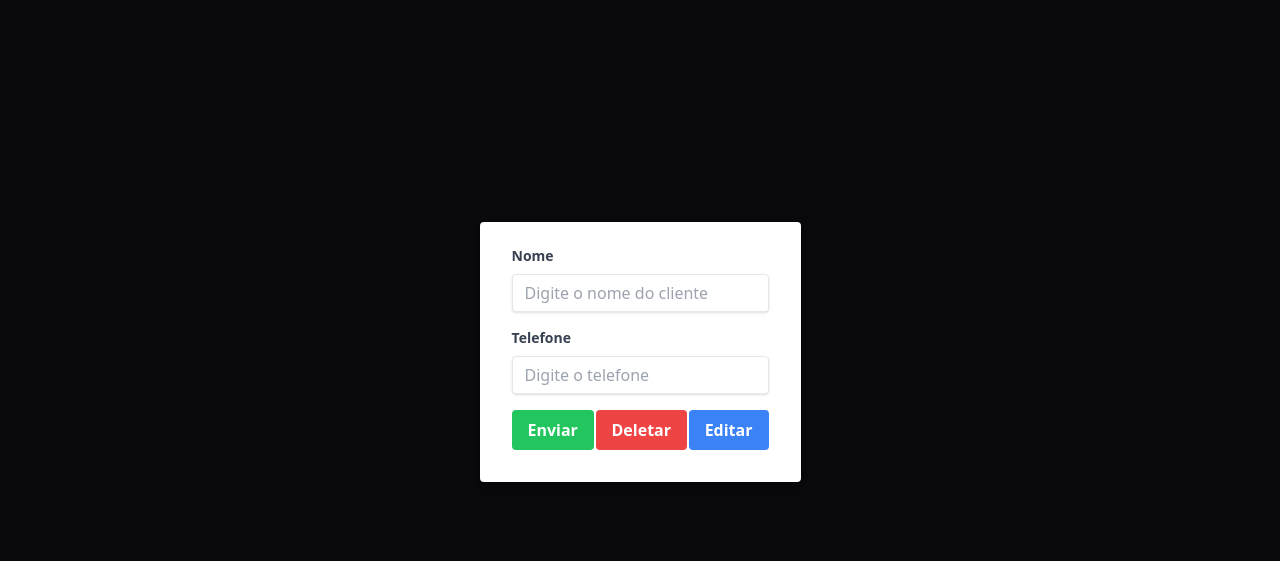
Repository: Gstxxx/sales-manager-laravel
Page: http://localhost/
An editor plug-in stored every save of this project. The page is shown before and after the next save, followed by the edit.
The browser window is 1280 px wide. The pictures show the whole page.
The page is served by the project's Laravel application, run on PHP 8.4 with Laravel 12. Other server files are loaded and not shown. Style sheets and scripts are compiled from the project's sources, by tool versions that may differ from the author's.

Above is the page before, as saved 2024-06-09 03:16:19.

### routes/web.php
<?php

use Illuminate\Support\Facades\Route;
use App\Http\Controllers\ClientController;

Route::get('/', function () {
    return view('home');
})->name('home');

Route::post('/addClient', [ClientController::class, 'addClient'])->name('addClient');
Route::post('/addClient', [ClientController::class, 'addClient'])->name('addClient');

### resources/views/home.blade.php
<!doctype html>
<html>

<head>
    <meta charset="UTF-8">
    <meta name="viewport" content="width=device-width, initial-scale=1.0">
    <title>Sales Manager</title>
    @vite('resources/css/app.css')
</head>

<body>
    <div class="bg-zinc-950 flex flex-col items-center justify-center min-h-screen">
        <form action="{{ route('addClient') }}" method="POST" class="bg-white shadow-md rounded px-8 pt-6 pb-8 mb-4">
            @csrf
            <div class="mb-4">
                <div class="mb-4">
                    <label class="block text-gray-700 text-sm font-bold mb-2" for="number-client">
                        Nome
                    </label>
                    <input
                        class="shadow appearance-none border rounded w-full py-2 px-3 text-gray-700 leading-tight focus:outline-none focus:shadow-outline"
                        type="text" name="name-client" id="name-client" placeholder="Digite o nome do cliente">
                </div>
                <div class="mb-4">
                    <label class="block text-gray-700 text-sm font-bold mb-2" for="number-client">
                        Telefone
                    </label>
                    <input
                        class="shadow appearance-none border rounded w-full py-2 px-3 text-gray-700 leading-tight focus:outline-none focus:shadow-outline"
                        id="number-client" name="number-client" type="text" placeholder="Digite o telefone">
                </div>
            </div>

            <div class="flex flex-row items-center justify-between">
                <button
                    class="bg-green-500 hover:bg-green-700 text-white font-bold py-2 px-4 rounded focus:outline-none focus:shadow-outline"
                    type="submit">
                    Enviar
                </button>
                <button
                    class="bg-red-500 hover:bg-red-700 text-white font-bold py-2 px-4 rounded focus:outline-none focus:shadow-outline"
                    type="submit" formaction="/removeClient">
                    Deletar
                </button>
                <button
                    class="bg-blue-500 hover:bg-blue-700 text-white font-bold py-2 px-4 rounded focus:outline-none focus:shadow-outline"
                    type="submit" formaction="/editClient">
                    Editar
                </button>
            </div>
        </form>
    </div>
</body>

</html>

Loaded but not shown: resources/css/app.css (common file); tailwind.config.js (common file)

After the next save:
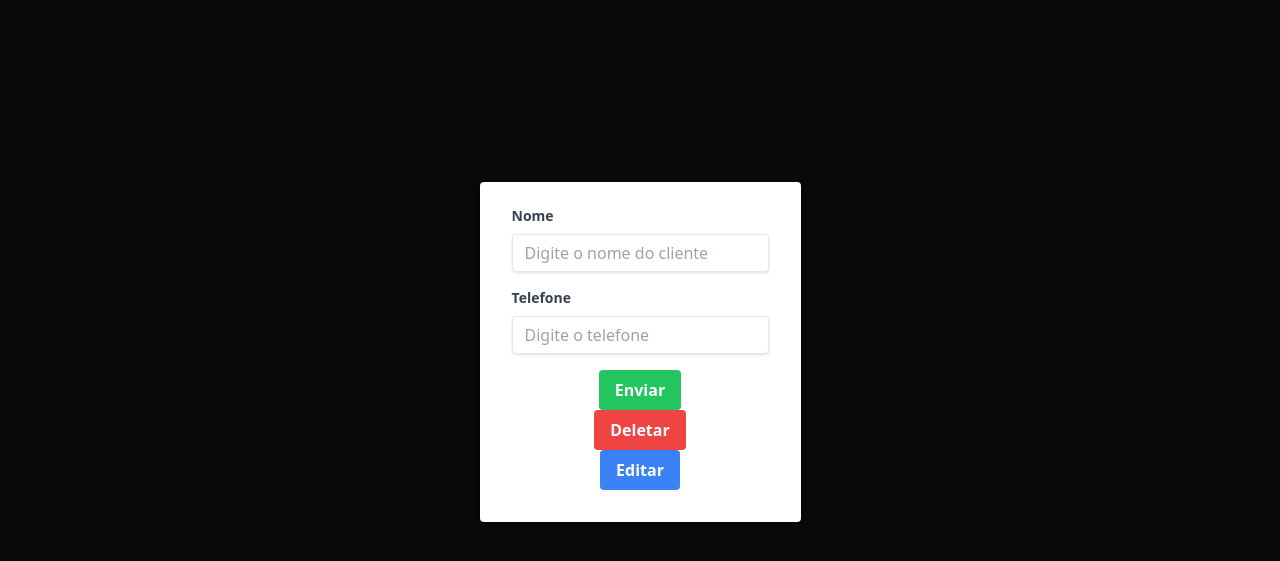
Saved 10 s later.
--- a/resources/views/home.blade.php
+++ b/resources/views/home.blade.php
@@ -31,7 +31,7 @@
                 </div>
             </div>
 
-            <div class="flex flex-row items-center justify-between">
+            <div class="flex flex-col items-center justify-between">
                 <button
                     class="bg-green-500 hover:bg-green-700 text-white font-bold py-2 px-4 rounded focus:outline-none focus:shadow-outline"
                     type="submit">
